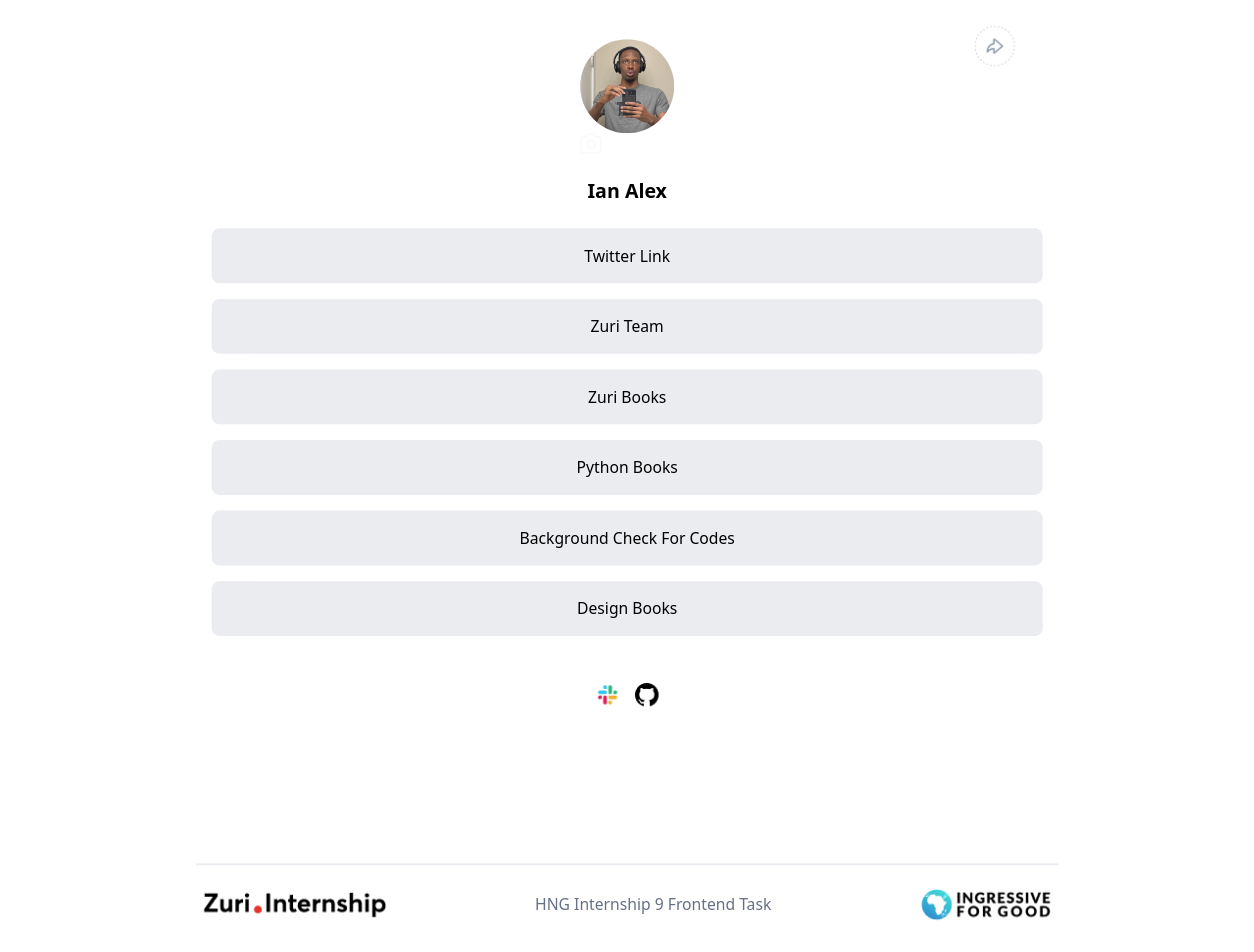
Repository: nonso7/hng9
Page: /
An editor plug-in stored every save of this project. The page is shown before and after the next save, followed by the edit.
The browser window is 1280 px wide. The pictures show the whole page, at 98% of full size.
The pointer rests on the first visible `.img-container`.
The project was rebuilt for these pictures with package versions that can differ from the ones it lists, and the page was loaded fresh each time. Also part of the build but not shown: vite.config.js.

Above is the page before, as saved 2022-10-27 12:38:35.

After the next save:
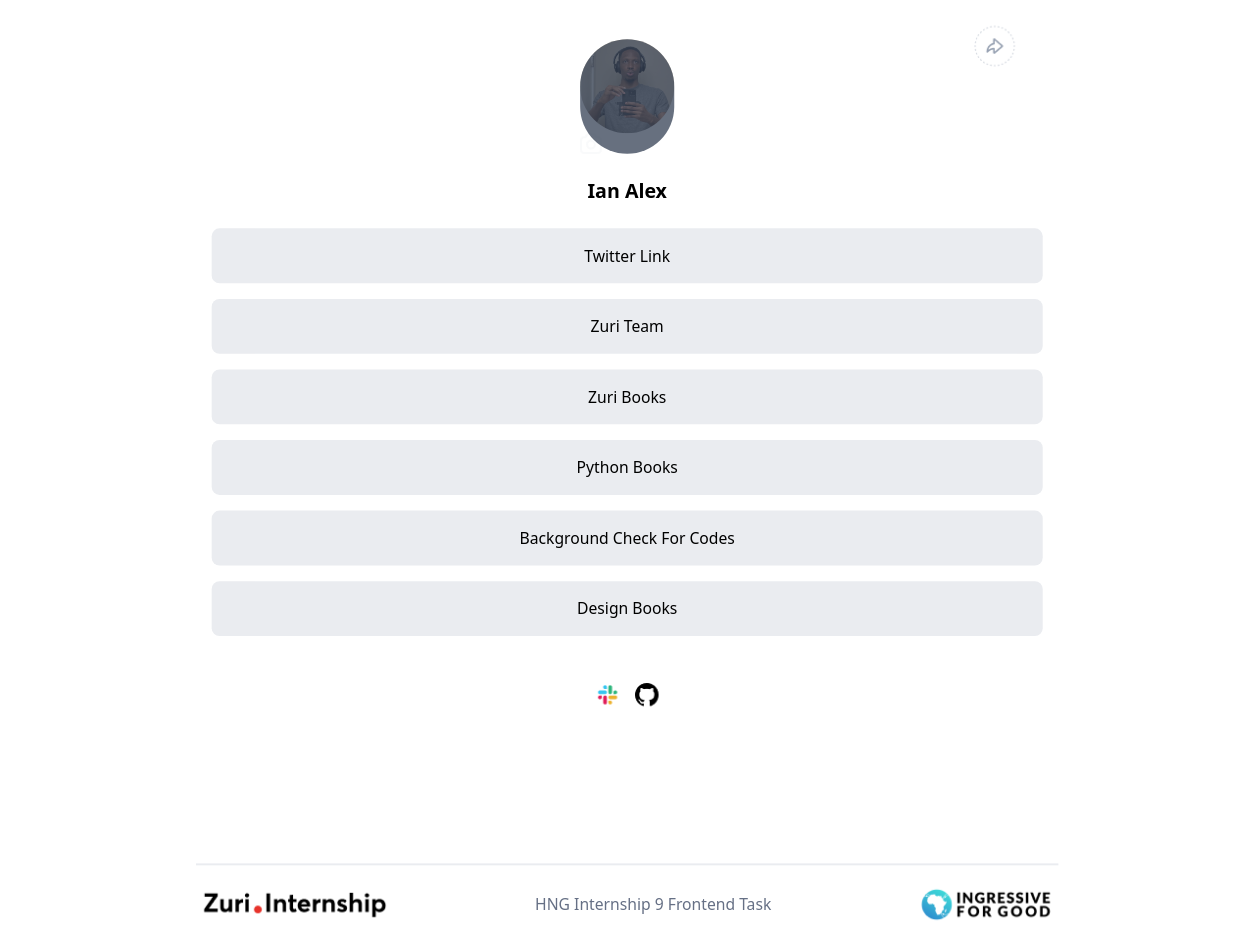
Saved 29 s later.
--- a/src/styles/tailwind.css
+++ b/src/styles/tailwind.css
@@ -26,4 +26,5 @@
 }
 
 .img-container:hover.img-container::after {
+  background-color: #344054bf;
 }
